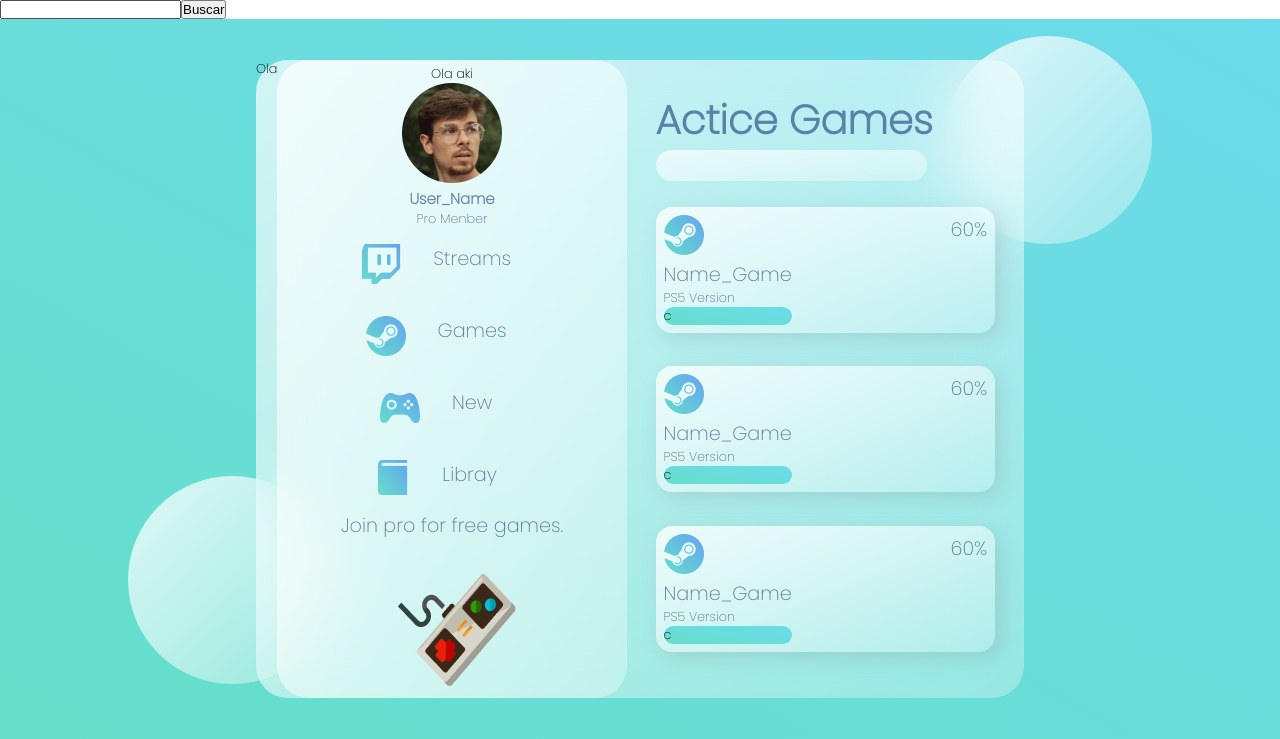
Repository: ServerK001/HomeGamer
Page: /
An editor plug-in stored every save of this project. The page is shown before and after the next save, followed by the edit.
The browser window is 1280 px wide. The pictures show the whole page.
The project was rebuilt for these pictures with package versions that can differ from the ones it lists, and the page was loaded fresh each time.

Above is the page before, as saved 2021-12-27 16:41:47.

### src/index.js
import React from 'react';
import ReactDOM from 'react-dom';
import './index.module.scss';
import App from './App';

ReactDOM.render(
  <React.StrictMode>
    <App />
  </React.StrictMode>,
  document.getElementById('root')
);

### src/index.module.scss
@import url('https://fonts.googleapis.com/css2?family=Poppins:ital,wght@0,200;1,100&display=swap');

* {
  margin: 0;
  padding: 0;
  box-sizing: border-box;
}

body{
  justify-content: center;
  align-items: center;
  font-family: 'Poppins', sans-serif;
  font-size: 0.8rem;

}

h1{
  color:#426696;
  font-weight: 600;
  opacity: 0.8;
  font-size: 2.5rem;
}

h2, p {
  color:#415879;
  font-weight: 500;
  opacity: 0.8;
}

h3 {
  color:#426696;
  font-weight: 600;
  opacity: 0.8;
}

### src/App.js


import { useState } from 'react';
import axios from 'axios';


import Home from './components/header/header';
import './css/App.scss'

function App() {

  const [player, setPlayer] = useState(1)


  const searchForPlayers = (event)=>{
      var URL  = "https://pokeapi.co/api/v2/pokemon/" + player

        axios.get(URL).then(res => setPlayer(res.data))
        console.log(player)



  }



  return (
    <>
      <div>
        <input type="text" onChange={e => setPlayer(e.target.value)}></input>

          <button  onClick={e => searchForPlayers(e)}>Buscar</button>
          <strong>{player.name}</strong>
      </div>
        <Home poke={player.name} />



    </>
  );
}

export default App;

### src/components/header/header.jsx
import React from 'react'
import { Dashborad } from '../dashboard/dashborad'
import GamesProgress from './GamesProgress/GamesProgress'

import    './style.scss'
export default function Home(props) {
    let pokemon = props.poke
    return (

        <main>
            <section className="glass">
                Ola {props.poke}

                <Dashborad nomePoke={pokemon}/>


                <GamesProgress />

            </section>
            <div className="circle1"></div>
            <div className="circle2"></div>
        </main>
    )
}

### src/components/dashboard/dashborad.jsx
import React from 'react'
import './style.scss'
import twitch from './images/twitch.png'
import avatar from './images/avatar.png'
import steam from './images/steam.png'
import upcoming from './images/upcoming.png'
import library from './images/library.png'
import Game from './proGames/proGames'

export const Dashborad = (props) => {
    return (
            <div className="dashborad">

                    Ola aki
                    <div className="user">
                        <img src={avatar} alt="" />
                            <h3>User_Name {props.nomePoke}</h3>
                                <p>Pro Menber</p>
                    </div>

                        <div className="links">
                                <div className="link">
                                <img src={twitch} />
                                        <h2>Streams</h2>
                                </div>
                        </div>

                        <div className="links">
                                <div className="link">
                                    <img src={steam} alt="" />
                                        <h2>Games</h2>
                                </div>
                        </div>

                        <div className="links">
                                <div className="link">
                                    <img src={upcoming} alt="" />
                                        <h2>New</h2>
                                </div>
                        </div>

                        <div className="links">
                                <div className="link">
                                    <img src={library} alt="" />
                                        <h2>Libray</h2>
                                </div>
                        </div>

                  <Game />


            </div>
    )
}

### src/components/header/GamesProgress/GamesProgress.jsx
import React from 'react'
import gameimg from '../../dashboard/images/steam.png'
import Cardsgames from './cardsGames/cardsgames'
import './style.scss'
export default function GamesProgress() {
    return (
            <div className="games">
                <div className="status">
                    <h1>Actice Games</h1>
                    <input type="text" />
                </div>

           <Cardsgames image={gameimg} />
           <Cardsgames image={gameimg} />
           <Cardsgames image={gameimg} />











            </div>
    )
}

### src/components/header/style.scss

main {
  min-height: 100vh;
  background: linear-gradient(to right top, #65dfc9, #6cdbeb);
  display: flex;
  align-items: center;
  justify-content: center;

}

.glass {
  background: white;
  min-height: 60vh;
  width: 60%;
  background: linear-gradient(
    to right bottom,
    rgba(255, 255, 255, 0.7),
    rgba(255, 255, 255, 0.3)
  );
  border-radius: 2rem;
  z-index: 2;
  backdrop-filter: blur(2rem);
  display: flex;


}



.circle1,
.circle2 {
  background: white;
  background: linear-gradient(
    to right bottom,
    rgba(255, 255, 255, 0.8),
    rgba(255, 255, 255, 0.3)
  );
  height: 13rem;
  width: 13rem;
  position: absolute;
  border-radius: 50%;
}

.circle1 {
  top: 5%;
  right: 10%;

}
.circle2 {
  bottom: 5%;
  left: 10%;
}

### src/components/dashboard/style.scss


.dashborad{
    flex: 1;
    display: flex;
    flex-direction: column;
    align-items: center;
    justify-content: space-evenly;
    text-align: center;
    padding: 0.3rem;


    background: linear-gradient(
        to right bottom,
        rgba(255, 255, 255, 0.7),
        rgba(255, 255, 255, 0.3)
      );

      border-radius: 2rem;
}

.link{
    display: flex;
   padding: 1rem 1rem;
}
.link h2 {
    padding: 0rem 2rem;
}

### src/components/dashboard/proGames/proGames.jsx
import React from 'react'
import controller from '../images/controller.png'

 const Games = () => {
    return (
        <>
        <div className='pro'>
            <h2>Join  pro  for  free games.</h2>
                <img src={controller}  />
        </div>

        </>
    )
}
export default Games

### src/components/header/GamesProgress/cardsGames/cardsgames.jsx
import React from 'react'
import './styles.scss'

export default function Cardsgames(props) {
    return (
     <div className="cards">
                <div className="card">
                    <img src={props.image}  />
                    <div className="card-info">
                        <h2>Name_Game</h2>
                        <p>PS5 Version</p>
                                <div className="progress">c</div>
                    </div>
                </div>
            <h2 className="porcentage">60%</h2>
     </div>
    )
}

### src/components/header/GamesProgress/style.scss
.games{
    display: flex;
    margin: 1.5rem;
    flex: 1;
    padding: 0.3rem;
    flex-direction: column;
    justify-content: space-evenly;
}

.status input{
 margin-bottom: 0.5rem;
 background: linear-gradient(
    to right bottom,
    rgba(255, 255, 255, 0.7),
    rgba(255, 255, 255, 0.3)
  );
 border: none;
 width: 80%;
 padding: 0.5rem;
 border-radius: 2rem;



}

### src/components/header/GamesProgress/cardsGames/styles.scss
.cards{
    background:linear-gradient(to left top, rgba(255, 255, 255, 0.2), rgba(255, 255, 255, 0.8));
    border-radius: 1rem;
    margin: 1rem 0rem ;
    padding:  0.5rem;
    box-shadow: 6px 6px 20px rgba(122, 122, 122, 0.212);
    display: flex;
    justify-content: space-between;

}

.progress {
    background: linear-gradient(to right top, #65dfc9, #6cdbeb);
    width: 100%;
    height: 100%;
    border-radius: 1rem;
    position: relative;
    overflow: hidden;
  }

Loaded but not shown: public/index.html (common file); src/css/App.scss (no stored copy; drawn as an empty file)

After the next save:
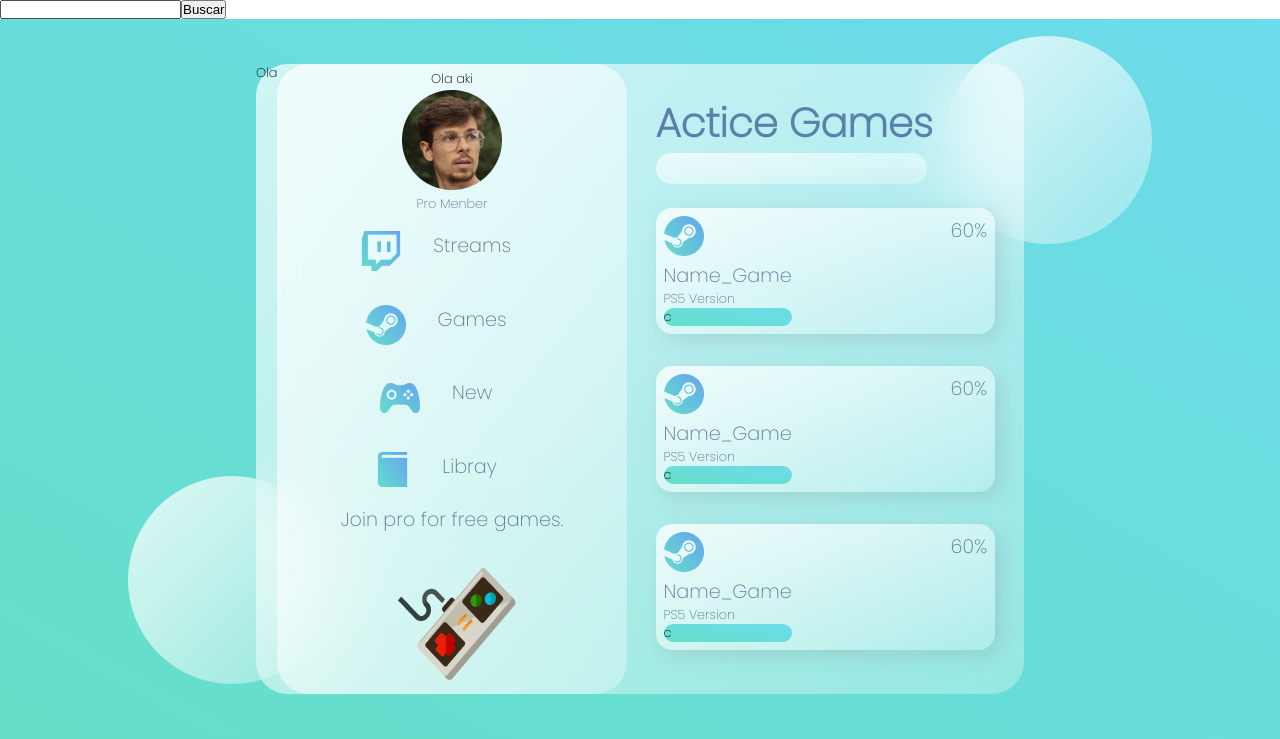
Saved 19 s later.
--- a/src/components/dashboard/dashborad.jsx
+++ b/src/components/dashboard/dashborad.jsx
@@ -14,7 +14,7 @@
                     Ola aki
                     <div className="user">
                         <img src={avatar} alt="" />
-                            <h3>User_Name {props.nomePoke}</h3>
+                            <h3>{props.nomePoke}</h3>
                                 <p>Pro Menber</p>
                     </div>
 
